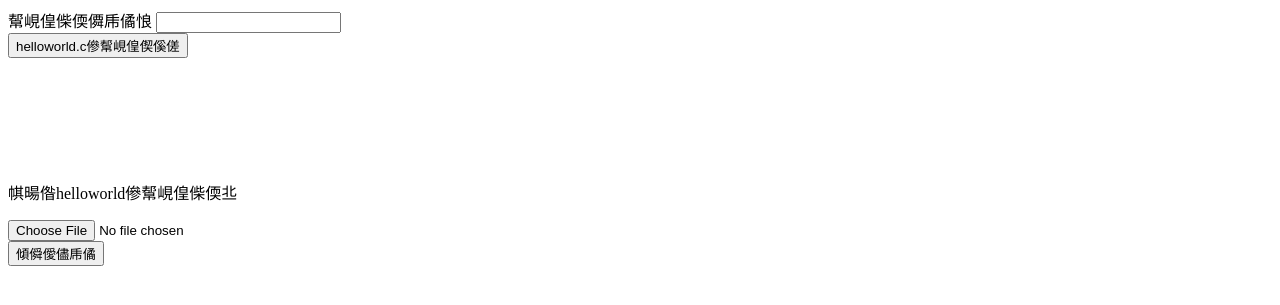
Repository: orakaro/GraduationProject
Page: Eclipse Workplace/DatabaseConnect/Login form.html
These files come from the project's save history. The page is drawn as it stood at one moment and after the next save; the edit follows.
The browser window is 1280 px wide. The pictures show the whole page.

Above is the page before, as saved 2010-07-16 09:17:53.

### Eclipse Workplace/DatabaseConnect/Login form.html
<html>
<head>
</head>
<body>
		<form name="form1" action="http://localhost:8080/DatabaseConnect/servlets/sori" method="POST">
		幚峴偟偨偄僲乕僪悢
			<input type="text" name="nodeNum">
			<br>
			<input type="submit" value="helloworld.c傪幚峴偟偰傒傞">
		</form>
<br><br><br><br><br>
<p>帺暘偺helloworld傪幚峴偟偨偄丠</p>
		<form action="http://localhost:8080/DatabaseConnect/servlets/FileUploaded" enctype="multipart/form-data" method="POST">
			<input type="file" name="file1"><br>
			<input type="Submit" value="傾僢僾儘乕僪"><br>
		</form>
</body>
</html>

After the next save:
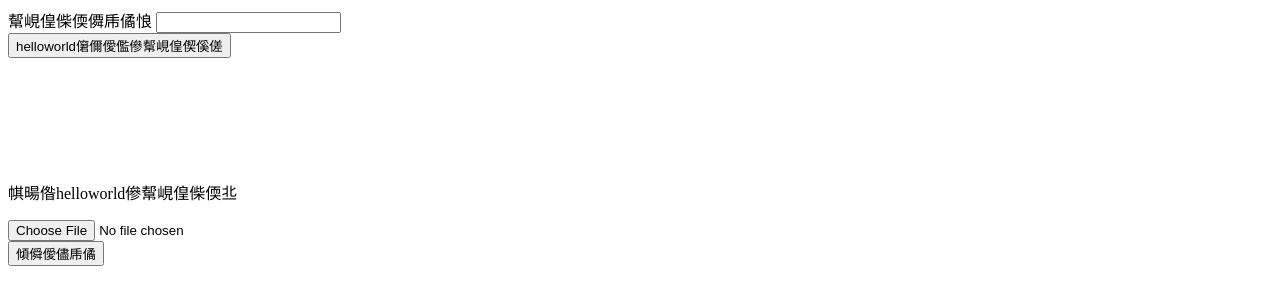
Saved 47 s later.
--- a/Eclipse Workplace/DatabaseConnect/Login form.html
+++ b/Eclipse Workplace/DatabaseConnect/Login form.html
@@ -6,9 +6,11 @@
 		幚峴偟偨偄僲乕僪悢
 			<input type="text" name="nodeNum">
 			<br>
-			<input type="submit" value="helloworld.c傪幚峴偟偰傒傞">
+			<input type="submit" value="helloworld僒儞僾儖傪幚峴偟偰傒傞">
 		</form>
 <br><br><br><br><br>
+
+
 <p>帺暘偺helloworld傪幚峴偟偨偄丠</p>
 		<form action="http://localhost:8080/DatabaseConnect/servlets/FileUploaded" enctype="multipart/form-data" method="POST">
 			<input type="file" name="file1"><br>
